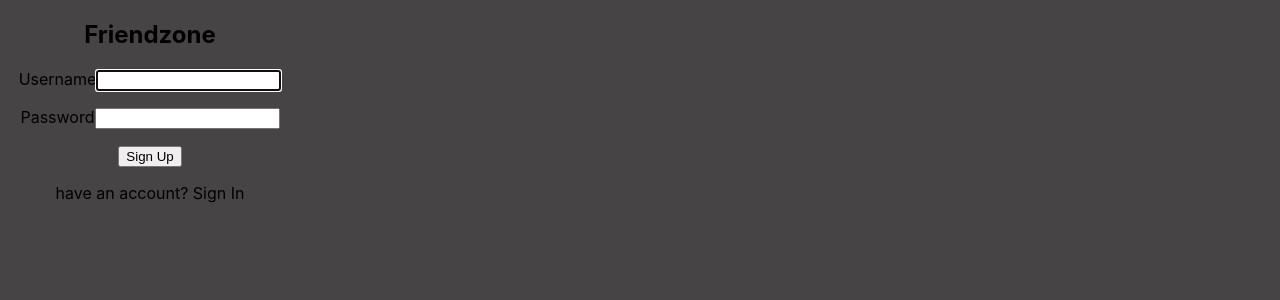
Repository: DerickT02/friend-zone
Page: /
The author's editor kept a copy of each file at every save. The page is drawn from the files as they stood at one save, then again after the next save.
The browser window is 1280 px wide. The pictures show the whole page.
The project was rebuilt for these pictures with package versions that can differ from the ones it lists, and the page was loaded fresh each time. Also part of the build but not shown: src/Appreducer.js, src/GlobalState.js, src/Post.js, src/Homepage.js, src/fire.js.

Above is the page before, as saved 2021-07-06 07:15:34.

### src/index.js
import React from 'react';
import ReactDOM from 'react-dom';
import './index.css';
import App from './App';


ReactDOM.render(

    <App />,
  document.getElementById('root')
);

// If you want to start measuring performance in your app, pass a function
// to log results (for example: reportWebVitals(console.log))
// or send to an analytics endpoint. Learn more: https://bit.ly/CRA-vitals

### src/index.css
body {
  margin: 0;
  font-family: -apple-system, BlinkMacSystemFont, 'Segoe UI', 'Roboto', 'Oxygen',
    'Ubuntu', 'Cantarell', 'Fira Sans', 'Droid Sans', 'Helvetica Neue',
    sans-serif;
  -webkit-font-smoothing: antialiased;
  -moz-osx-font-smoothing: grayscale;
  background-color: rgb(70, 68, 68);
  text-align: center;
}

code {
  font-family: source-code-pro, Menlo, Monaco, Consolas, 'Courier New',
    monospace;
}

### src/App.js
import React, { Component, useState, useEffect } from 'react'
import { BrowserRouter, Switch, Link, Route, Redirect, Router} from 'react-router-dom'
import Login from './Login'
import Homepage from './Homepage'

import fire from './fire'
import GlobalProvider from './GlobalState'

function App() {
  const [user, setUser] = useState('')
  const [email, setEmail] = useState('')
  const [password, setPassword] = useState('')
  const [emailError, setEmailError] = useState('')
  const [passwordError, setPasswordError] = useState('')
  const [hasAccount, setHasAccount] = useState(false)

const clearInputs = () => {
  setEmail('')
  setPassword('')
}

const clearErrors = () => {
  setEmailError('');
  setPasswordError('')
}

const handleLogin = () => {
  clearErrors()
  fire
  .auth()
  .signInWithEmailAndPassword(email, password)
  .catch(err => {
      switch(err.code){
          case 'auth/invalid-email':
          case 'auth/user-disabled':
          case 'auth/user-not-found':
              setEmailError(err.message)
              break;
          case 'auth/wrong-password':
              setPasswordError(err.message)
              break
      }
  })
}

const handleSignup = () => {
  clearErrors()
  fire
  .auth()
  .createUserWithEmailAndPassword(email, password)
  .catch(err => {
      switch(err.code){
          case 'auth/email-already-in-use':
          case 'auth/invalid-email':
          setEmailError(err.message);
          break;

          case 'auth/weak-password':
          setPasswordError(err.message)
      }
  })
}

const handleLogout = () => {
  fire
  .auth()
  .signOut()
}

const authListener = () => {
  fire.auth().onAuthStateChanged((user) => {
    if(user){
      clearInputs()
      setUser(user)
    }
    else {
        setUser('')
    }
  })
}

useEffect(() => {
  authListener()
}, [])

  return (
    <div className="App">
    {user ? (
      <BrowserRouter>
      <GlobalProvider>
      <Switch>
        <Route exact path = '/'><Redirect to = "/homepage"/></Route>
        <Route exact path = '/homepage'><Homepage handleLogout = {handleLogout}/></Route>
      </Switch>
      </GlobalProvider>
     </BrowserRouter>
    ) : (

      <BrowserRouter>
      <Switch>
      <Route exact path = '/homepage'><Redirect to = "/" /></Route>
        <Route><Login email = {email}
            setEmail = {setEmail}
            password = {password}
            setPassword={setPassword}
            handleLogin={handleLogin}
            handleSignup={handleSignup}
            hasAccount={hasAccount}
            setHasAccount={setHasAccount}
            emailError={emailError}
            passwordError={passwordError} /></Route>
      </Switch>
      </BrowserRouter>
    )}

    </div>
  );
}

export default App;

### src/Login.js
import React, { Component, useState, useEffect } from 'react'
import './Login.css'
import {Link} from 'react-router-dom'

const Login = (props) => {
    const {email, setEmail, password, setPassword, handleLogin, handleSignup, hasAccount, setHasAccount, emailError, passwordError} = props
    return (
        <section className = "login">
        <div className="loginContainer" >

<h1>Friendzone</h1>

<label>Username</label>
<input type ="text" autoFocus required value = {email} onChange={(e) => setEmail(e.target.value)}/>
<p className ="errorMsg">{emailError}</p>
<label>Password</label>
<input type ="password" required value = {password} onChange={(e) => setPassword(e.target.value)} />
<p className = "errorMsg">{passwordError}</p>
<div className="btnContainer">

    {hasAccount ? (
        <div>
       <button type = "submit" onClick = {handleLogin}>Sign in</button>
        <p>Don't have an account? <span onClick ={() => setHasAccount(!hasAccount)}>Sign Up</span></p>
        </div>
    ):(
        <div>
        <button type = "submit" onClick={handleSignup}>Sign Up</button>
        <p>have an account? <span onClick = {() => setHasAccount(!hasAccount)}>Sign In</span></p>
        </div>
    )}

</div>
</div>
</section>





    )
}


export default Login

### src/Login.css
.login {
    width: 300px;
    height: 600px;
}

Loaded but not shown: public/index.html (common file)

After the next save:
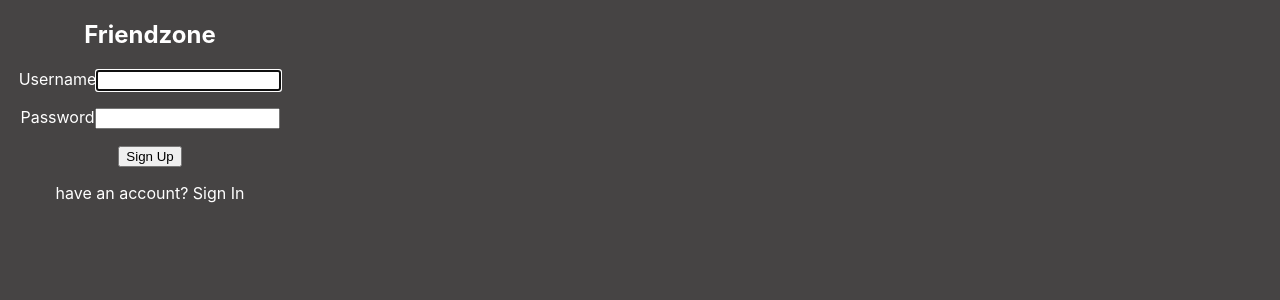
Saved 10 s later.
--- a/src/Login.css
+++ b/src/Login.css
@@ -1,4 +1,5 @@
 .login {
     width: 300px;
     height: 600px;
+    color: white
 }
